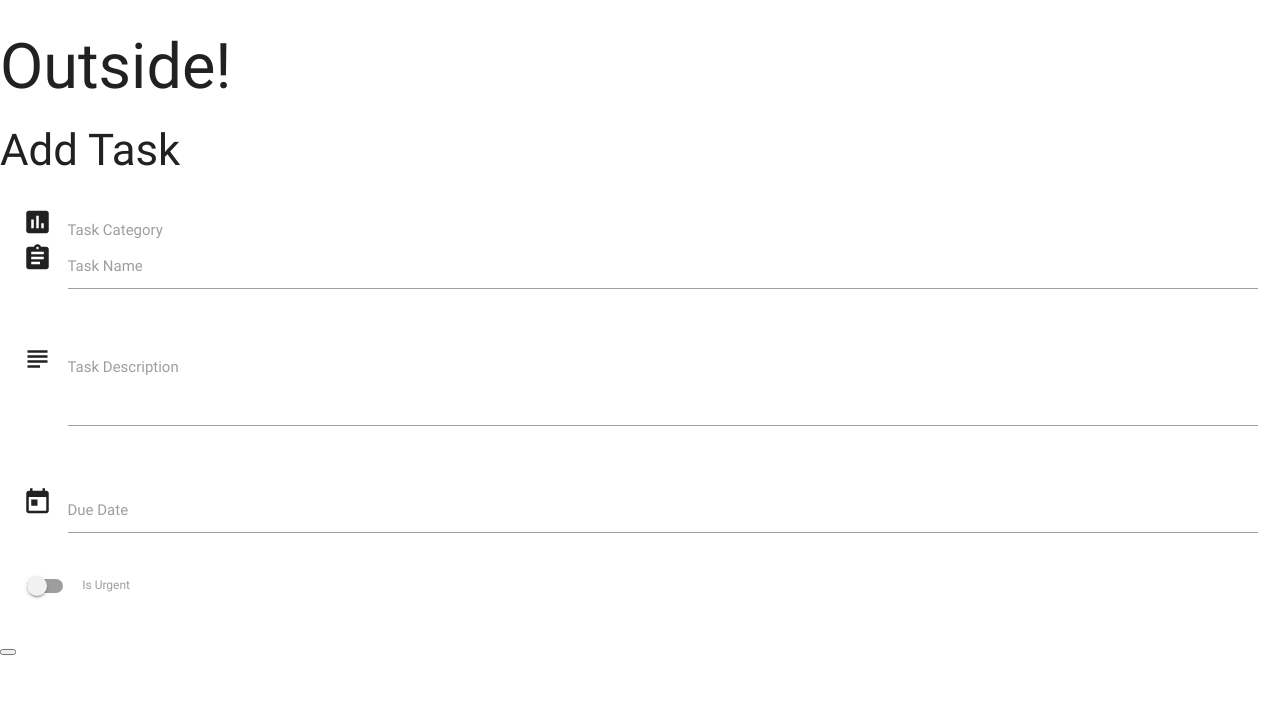
Repository: Robertpokane/task_manager
Page: templates/addtask.html
The author's editor kept a record of every edit. The page is drawn from the files as they stood at one moment, then again after the next edit.
The browser window is 1280 px wide. The pictures show the whole page.
Some web libraries are served in a nearby version. The template is drawn by Flask 3. The application's start-up code is not run. The template is opened directly, without the code that normally fills it, so the values that code supplies are empty.

Above is the page before.

After the next edit:
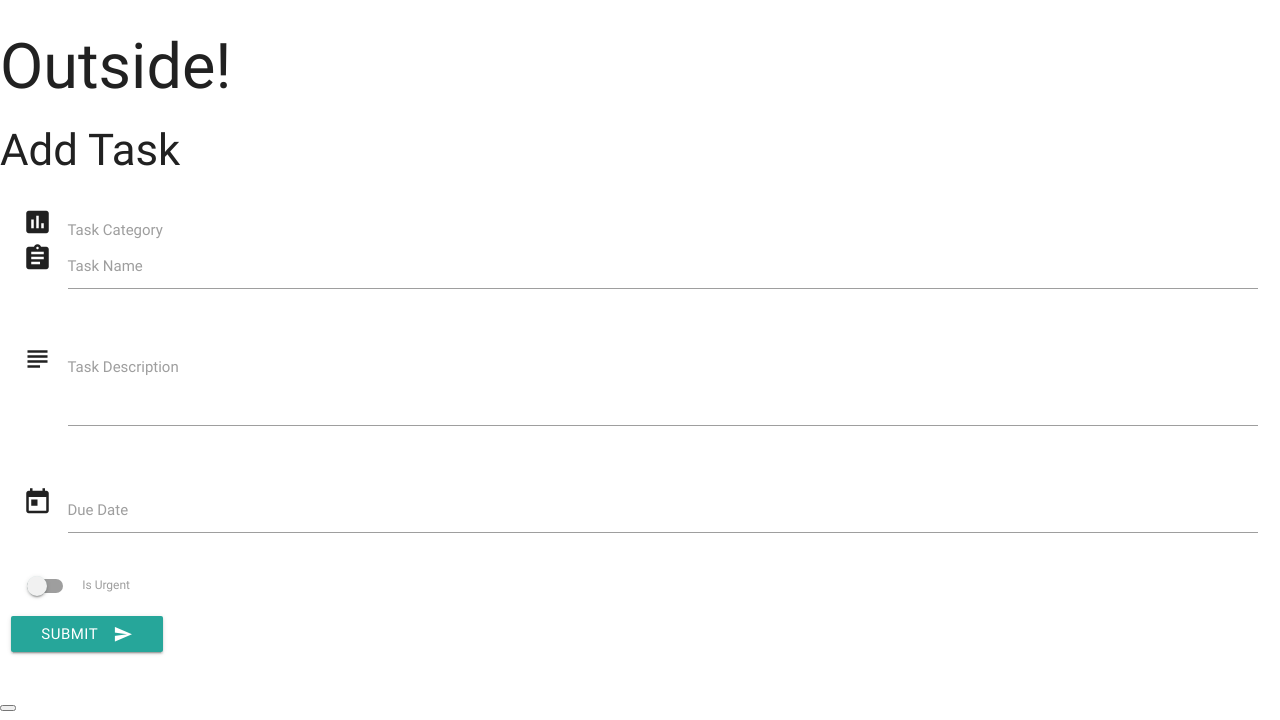
The edit:
--- a/templates/addtask.html
+++ b/templates/addtask.html
@@ -44,6 +44,12 @@
                 </label>
             </div>
         </div>
+        <div class="row">
+            <button class="btn waves-effect waves-light" type="submit" name="action">Submit
+    <i class="material-icons right">send</i>
+  </button>
+
+        </div>
     </form>
 </div>
 
